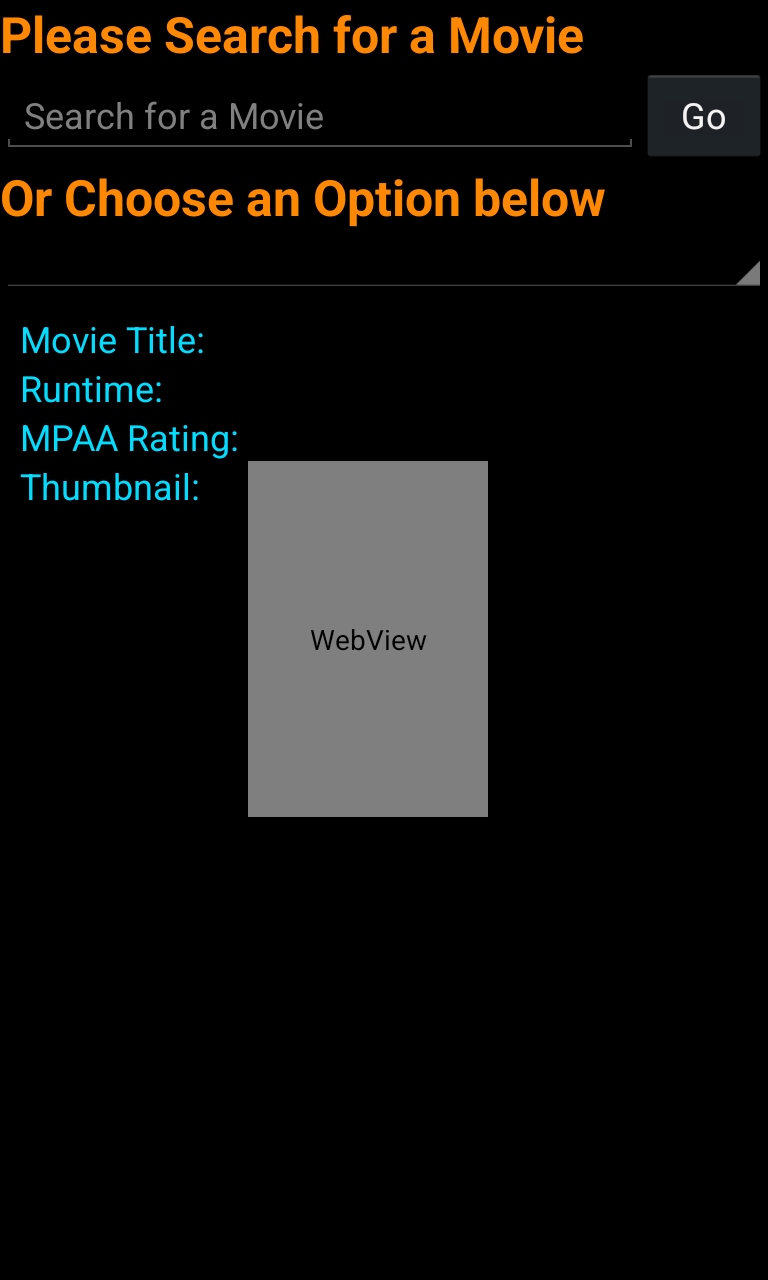
Repository: mikesmithjr/Java1
Layout: Week 4/MovieListing/res/layout/form.xml
An editor plug-in stored every save of this project. The layout is shown before and after the next save, followed by the edit.
Pictures or frames that could not be fetched are drawn as grey boxes. It is drawn on a 768 x 1280 px phone screen (xhdpi) without system bars, with theme AppTheme; the app's code is not run.

Above is the layout before, as saved 2013-08-01 06:59:13.

### Week 4/MovieListing/res/layout/form.xml
<?xml version="1.0" encoding="utf-8"?>
<LinearLayout xmlns:android="http://schemas.android.com/apk/res/android"
    android:layout_width="match_parent"
    android:layout_height="match_parent"
    android:orientation="vertical" >

    <TextView
            android:layout_width="match_parent"
            android:layout_height="wrap_content"
            android:text="@string/please_search_for_a_movie"
            style="@style/InfoLabel"/>

    <LinearLayout
        android:layout_width="match_parent"
        android:layout_height="wrap_content"
        android:orientation="horizontal">


        <EditText
            android:id="@+id/searchField"
            android:layout_width="0dip"
            android:layout_weight="1"
            android:layout_height="wrap_content"
            android:hint="@string/search_for_a_movie"/>

        <Button
            android:id="@+id/searchButton"
            android:layout_width="wrap_content"
            android:layout_height="wrap_content"
            android:text="@string/go"/>


    </LinearLayout>

    <TextView
        android:layout_width="match_parent"
        android:layout_height="wrap_content"
        android:text="@string/or_choose_an_option_below"
        style="@style/InfoLabel"/>

    <Spinner
        android:id="@+id/spinner"
        android:layout_width="match_parent"
        android:layout_height="wrap_content"/>

    <GridLayout
        android:id="@+id/moviedata"
        android:layout_width="match_parent"
        android:layout_height="0dip"
        android:layout_weight="1"
        android:columnCount="2"
        android:padding="10dip">

        <TextView
            android:layout_width="wrap_content"
            android:layout_height="wrap_content"
            android:text="@string/movie_title_"
            style="@style/MovieLabel"/>
        <TextView
            android:id="@+id/data_title"
            android:layout_width="wrap_content"
            android:layout_height="wrap_content"
            style="@style/MovieInfo"/>
        <TextView
            android:layout_width="wrap_content"
            android:layout_height="wrap_content"
            android:text="@string/runtime_"
            style="@style/MovieLabel"/>
        <TextView
            android:id="@+id/data_runtime"
            android:layout_width="wrap_content"
            android:layout_height="wrap_content"
            style="@style/MovieInfo"/>
        <TextView
            android:layout_width="wrap_content"
            android:layout_height="wrap_content"
            android:text="@string/mpaa_rating_"
            style="@style/MovieLabel"/>
        <TextView
            android:id="@+id/data_rating"
            android:layout_width="wrap_content"
            android:layout_height="wrap_content"
            style="@style/MovieInfo"/>
        <TextView
            android:layout_width="wrap_content"
            android:layout_height="wrap_content"
            android:text="@string/thumbnail_"
            style="@style/MovieLabel"/>
        <WebView
            android:id="@+id/data_thumbnail"
            android:layout_width="120dp"
            android:layout_height="178dp"/>

    </GridLayout>

</LinearLayout>

### Week 4/MovieListing/res/values/styles.xml
<resources xmlns:android="http://schemas.android.com/apk/res/android">

       <style name="AppTheme" parent="android:Theme.Holo"></style>
        <style name= "MovieLabel">
            <item name= "android:textStyle">normal</item>
            <item name= "android:textColor">@android:color/holo_blue_bright</item>
            <item name= "android:textSize">18dp</item>
        </style>
        <style name= "MovieInfo">
            <item name= "android:textStyle">normal</item>
            <item name= "android:textColor">@android:color/holo_green_light</item>
            <item name= "android:textSize">18dp</item>
        </style>
        <style name= "InfoLabel">
            <item name= "android:textStyle">bold</item>
            <item name= "android:textColor">@android:color/holo_orange_dark</item>
            <item name= "android:textSize">25dp</item>
        </style>


</resources>

### Week 4/MovieListing/res/values/strings.xml
<?xml version="1.0" encoding="utf-8"?>
<resources>

    <string name="app_name">MovieListing</string>
    <string name="action_settings">Settings</string>
    <string name="hello_world">Hello world!</string>
    <string-array name="movie_array">
        <item >Please Choose an option</item>
        <item >Current Movies</item>
        <item >Upcoming Movies</item>

    </string-array>
        <string name="search_for_a_movie">Search for a Movie</string>
        <string name="go">Go</string>
        <string name="please_search_for_a_movie">Please Search for a Movie</string>
        <string name="or_choose_an_option_below">Or Choose an Option below</string>
        <string name="movie_title_">"Movie Title: "</string>
        <string name="runtime_">"Runtime: "</string>
        <string name="mpaa_rating_">"MPAA Rating: "</string>
        <string name="thumbnail_">"Thumbnail: "</string>

</resources>

After the next save:
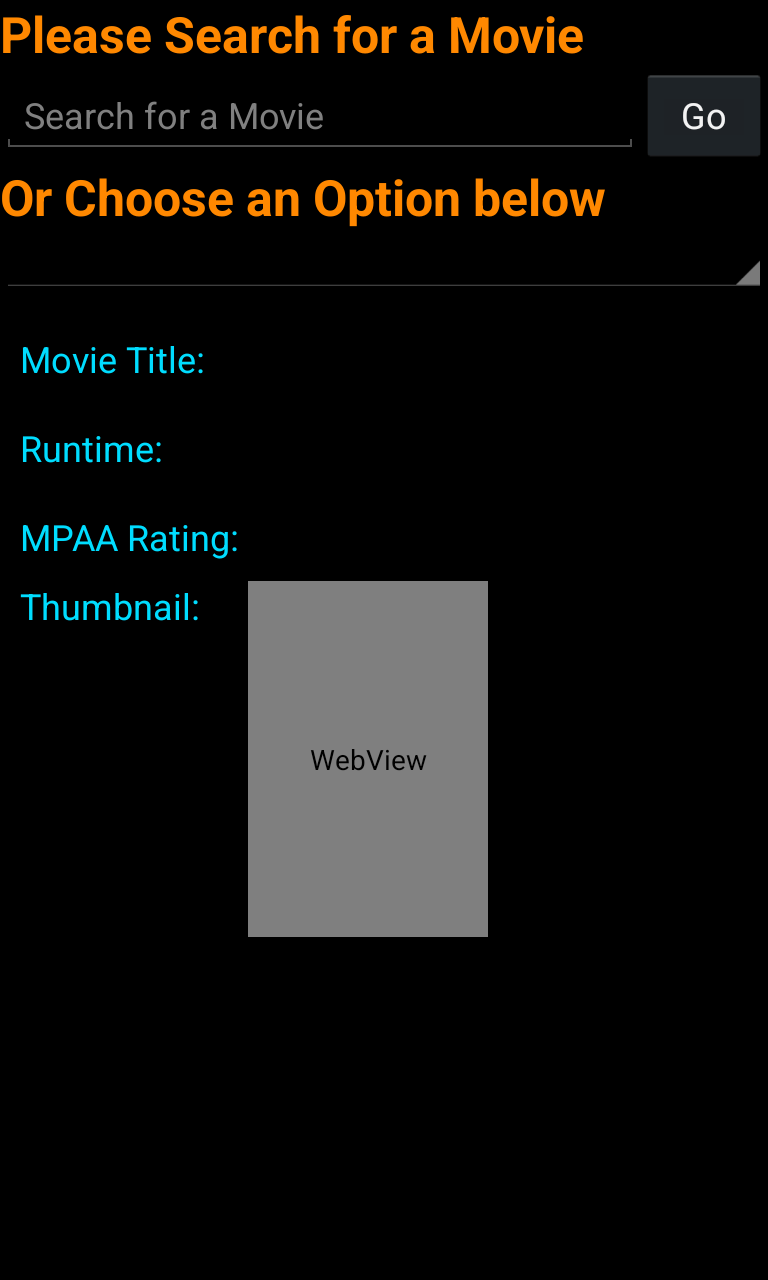
Saved 61 s later.
--- a/Week 4/MovieListing/res/values/styles.xml
+++ b/Week 4/MovieListing/res/values/styles.xml
@@ -10,6 +10,7 @@
             <item name= "android:textStyle">normal</item>
             <item name= "android:textColor">@android:color/holo_green_light</item>
             <item name= "android:textSize">18dp</item>
+            <item name= "android:padding">10dip</item>
         </style>
         <style name= "InfoLabel">
             <item name= "android:textStyle">bold</item>
